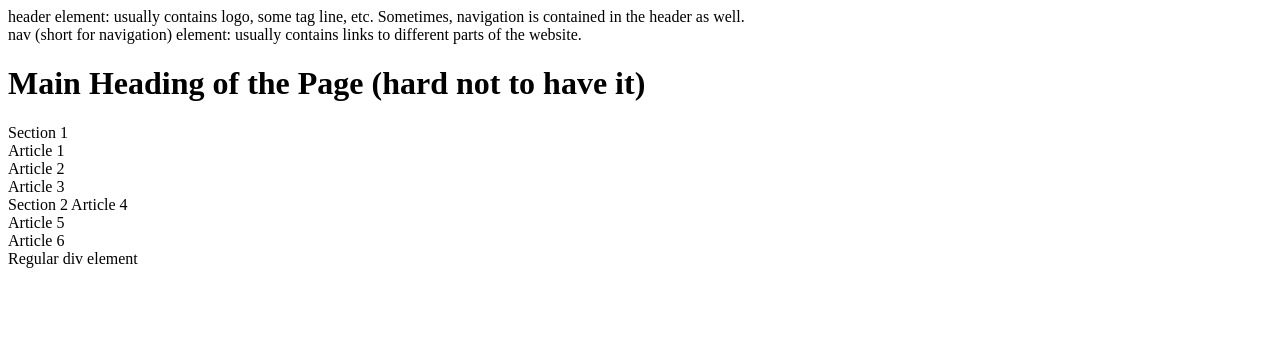
Repository: Koniya/my-coding-practices
Page: semantic-tag.html
An editor plug-in stored every save of this project. The page is shown before and after the next save, followed by the edit.
The browser window is 1280 px wide. The pictures show the whole page.

Above is the page before, as saved 2024-01-24 19:43:51.

### semantic-tag.html
<!DOCTYPE html>
<html>
    <head>
        <meta charset="utf*8">
        <title> Heading elements: Semantic Tags</title>
    </head>
<body>
    <header>
        header element: usually contains logo, some tag line, etc. Sometimes, navigation is contained in the header as well.
        <nav>nav (short for navigation) element: usually contains links to different parts of the website.</nav>
    </header>
    <h1>Main Heading of the Page (hard not to have it)</h1>
    <section>
        Section 1
        <article>Article 1</article>
        <artcile>Article 2</artcile>
        <article>Article 3</article>
    </section>
    <section>
        Section 2
        <artcile>Article 4</artcile>
        <article>Article 5</article>
        <article>Article 6</article>
        <div>Regular div element</div>
    </section>
</body>



</html>

After the next save:
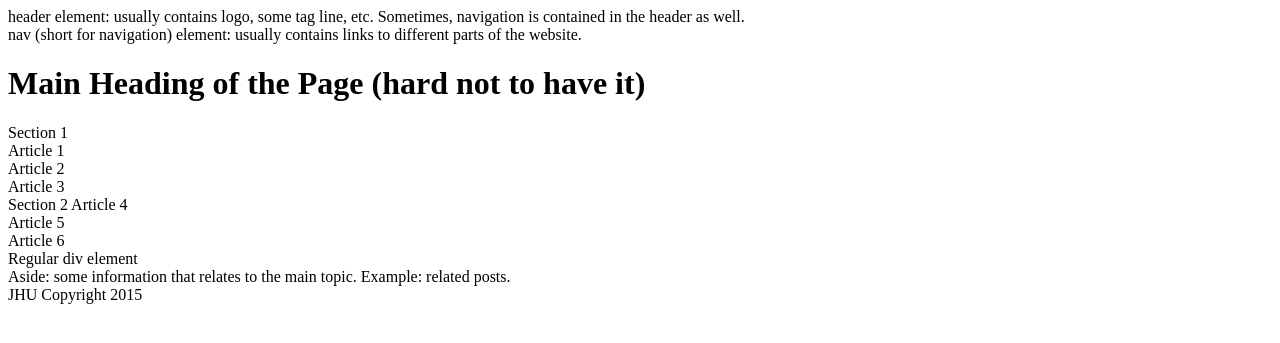
Saved 7 min 40 s later.
--- a/semantic-tag.html
+++ b/semantic-tag.html
@@ -23,6 +23,13 @@
         <article>Article 6</article>
         <div>Regular div element</div>
     </section>
+    <aside>
+        Aside: some information that relates to the main topic. Example: related posts.
+    </aside>
+
+    <footer>
+        JHU Copyright 2015
+    </footer>
 </body>
 
 
